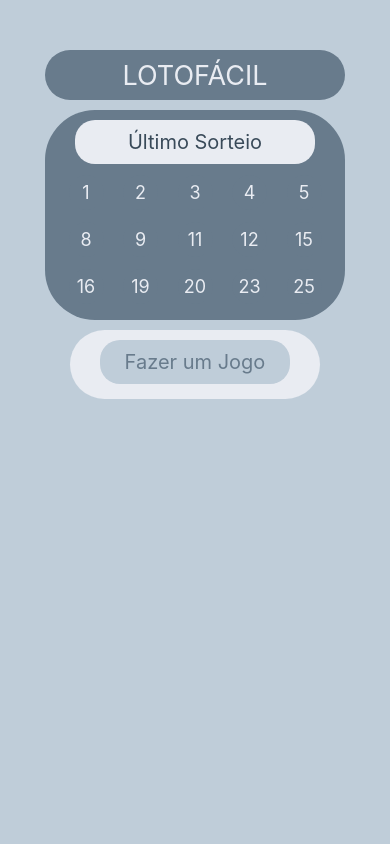
Repository: Deyvid-Kasteh/LotofacilApp
Screen: /
These files come from the project's save history. The screen is drawn as it stood at one moment and after the next save; the edit follows.
The app was drawn by React Native's web renderer in a window 390 px wide. The project was rebuilt for these pictures with package versions that can differ from the ones it lists, and the page was loaded fresh each time. Also part of the build but not shown: Bolhas.js, paginaTESTE.js, paginaTESTE2.js, SeuComponentePai.js, components/Jogo.js, components/ResultadoTexte2.js.

Above is the screen before, as saved 2023-12-02 23:47:18.

After the next save:
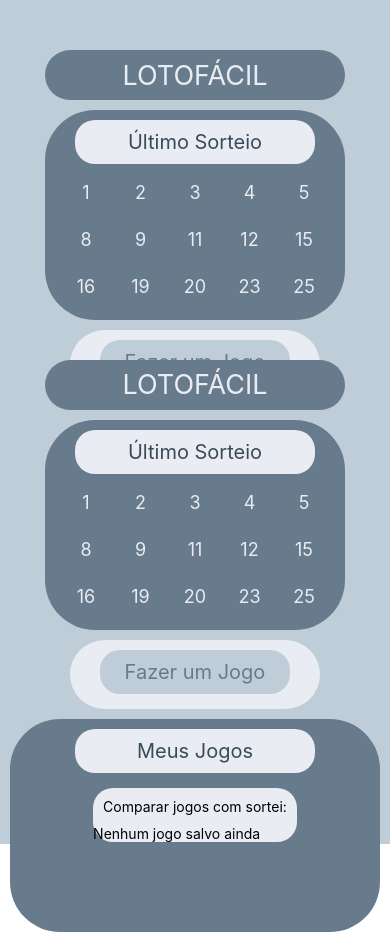
Saved 9 s later.
--- a/pages/MainPage.js
+++ b/pages/MainPage.js
@@ -32,7 +32,7 @@
       {/* <PaginaTesteee /> */}
       {/* <Teste2pagina/> */}
       {/* <SeuComponentePai/> */}
-      {/* <ResultadoTexte /> */}
+      <ResultadoTexte />
       {/* <PickerTeste /> */}
       {/* <ResultadoTexte2/> */}
       {/* <MostrarJogosSalvos /> */}
